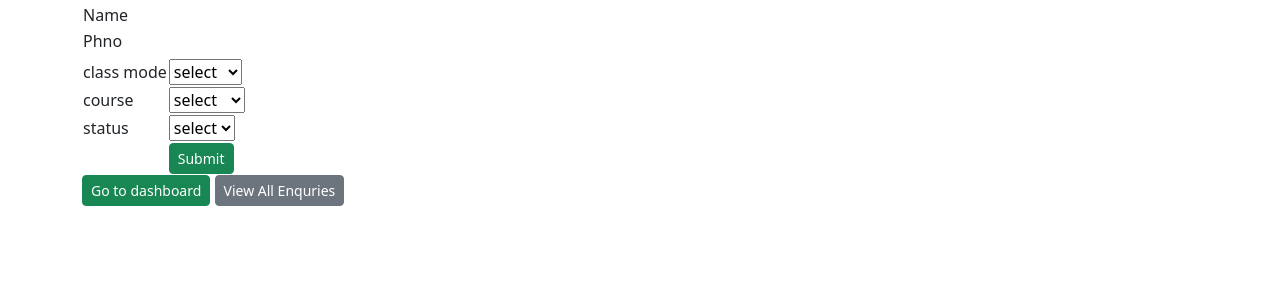
Repository: SaiKumarMupparapu/mini_projects
Page: http://localhost/edit
An editor plug-in stored every save of this project. The page is shown before and after the next save, followed by the edit.
The browser window is 1280 px wide. The pictures show the whole page.
The page is this project's Thymeleaf template; nobody is signed in. The template is opened directly, without the code that normally fills it, so the values that code supplies are empty.

Above is the page before, as saved 2024-03-27 06:33:02.

### Mini_project_counsellors_portal/src/main/resources/templates/edit.html
<!doctype html>
<html lang="en">

<head>
	<meta charset="utf-8">
	<meta name="viewport" content="width=device-width, initial-scale=1">
	<title>Edit Enquiry Page</title>
	<link href="https://cdn.jsdelivr.net/npm/bootstrap@5.3.3/dist/css/bootstrap.min.css" rel="stylesheet"
		integrity="sha384-QWTKZyjpPEjISv5WaRU9OFeRpok6YctnYmDr5pNlyT2bRjXh0JMhjY6hW+ALEwIH" crossorigin="anonymous">
</head>

<body>
	<div class="container">
		<b th:text="${smsg}" style="color: green;"></b>
		<b th:text="${emsg}" style="color: red;"></b>

	</div>
	<div class="container">
		<table>
			<form th:object="${enquiry}" th:action="@{/update}" method="post">
				<tr>
					<td> <input type="hidden" th:field="*{eId}"></td>
				</tr>
				<tr>
					<td>Name</td>
					<td><input type="hidden" th:field="*{name}" readonly></td>
				</tr>
				<tr>
					<td>Phno</td>
					<td><input type="hidden" th:field="*{phno}"></td>
				</tr>
				<tr>
					<td><input type="hidden" th:field="*{name}"></td>
				</tr>
				<tr>
					<td><input type="hidden" th:field="*{phno}"></td>
				</tr>
				<tr>
					<td>class mode</td>
					<td>
						<select th:field="*{classMode}">
							<option value="">select</option>
							<option value="Online">Online</option>
							<option value="Offline">Offline</option>
						</select>
					</td>
				</tr>
				<tr>
					<td>course</td>
					<td>
						<select th:field="*{course}" required>
							<option value="">select</option>
							<option value="Java">Java</option>
							<option value="Python">Python</option>
							<option value="PHP">PHP</option>
						</select>
					</td>
				</tr>
				<tr>
					<td>status</td>
					<td>
						<select th:field="*{status}" required>
							<option value="">select</option>
							<option value="New">New</option>
							<option value="Old">Old</option>
							<option value="Lost">Lost</option>
						</select>
					</td>
				</tr>
				<tr>
					<td></td>
					<td><input type="submit" class="btn btn-sm btn-success"></td>
				</tr>
			</form>
		</table>
	</div>
	<div class="container">
		<a href="home.html" class="btn btn-sm btn-success">Go to dashboard</a>
		<a href="/viewenquiry" class="btn btn-sm btn-secondary">View All Enquries</a>
	</div>
	<br>


	<script src="https://cdn.jsdelivr.net/npm/bootstrap@5.3.3/dist/js/bootstrap.bundle.min.js"
		integrity="sha384-YvpcrYf0tY3lHB60NNkmXc5s9fDVZLESaAA55NDzOxhy9GkcIdslK1eN7N6jIeHz"
		crossorigin="anonymous"></script>
</body>

</html>

After the next save:
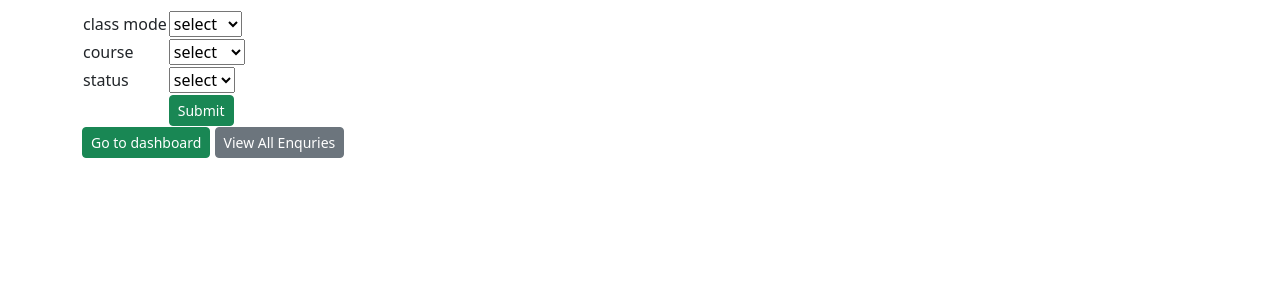
Saved 26 s later.
--- a/Mini_project_counsellors_portal/src/main/resources/templates/edit.html
+++ b/Mini_project_counsellors_portal/src/main/resources/templates/edit.html
@@ -22,11 +22,11 @@
 					<td> <input type="hidden" th:field="*{eId}"></td>
 				</tr>
 				<tr>
-					<td>Name</td>
+
 					<td><input type="hidden" th:field="*{name}" readonly></td>
 				</tr>
 				<tr>
-					<td>Phno</td>
+
 					<td><input type="hidden" th:field="*{phno}"></td>
 				</tr>
 				<tr>
